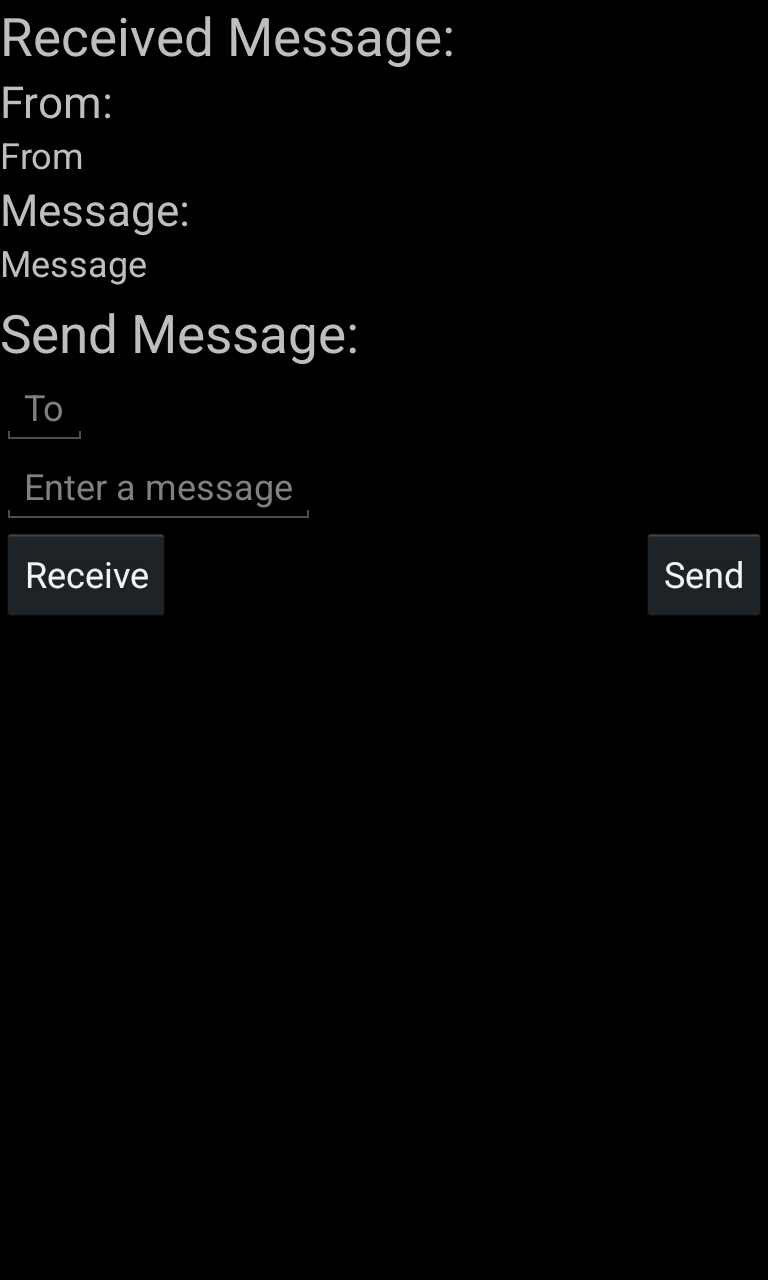
Repository: tomcynicholls/ThirdYearProject
Layout: JavaCode/App/res/layout/main.xml
These files come from the project's save history. The layout is drawn as it stood at one moment and after the next save; the edit follows.
It is drawn on a 768 x 1280 px phone screen (xhdpi) without system bars, with theme android:Theme.Holo; the app's code is not run.

Above is the layout before, as saved 2013-04-22 17:41:13.

After the next save:
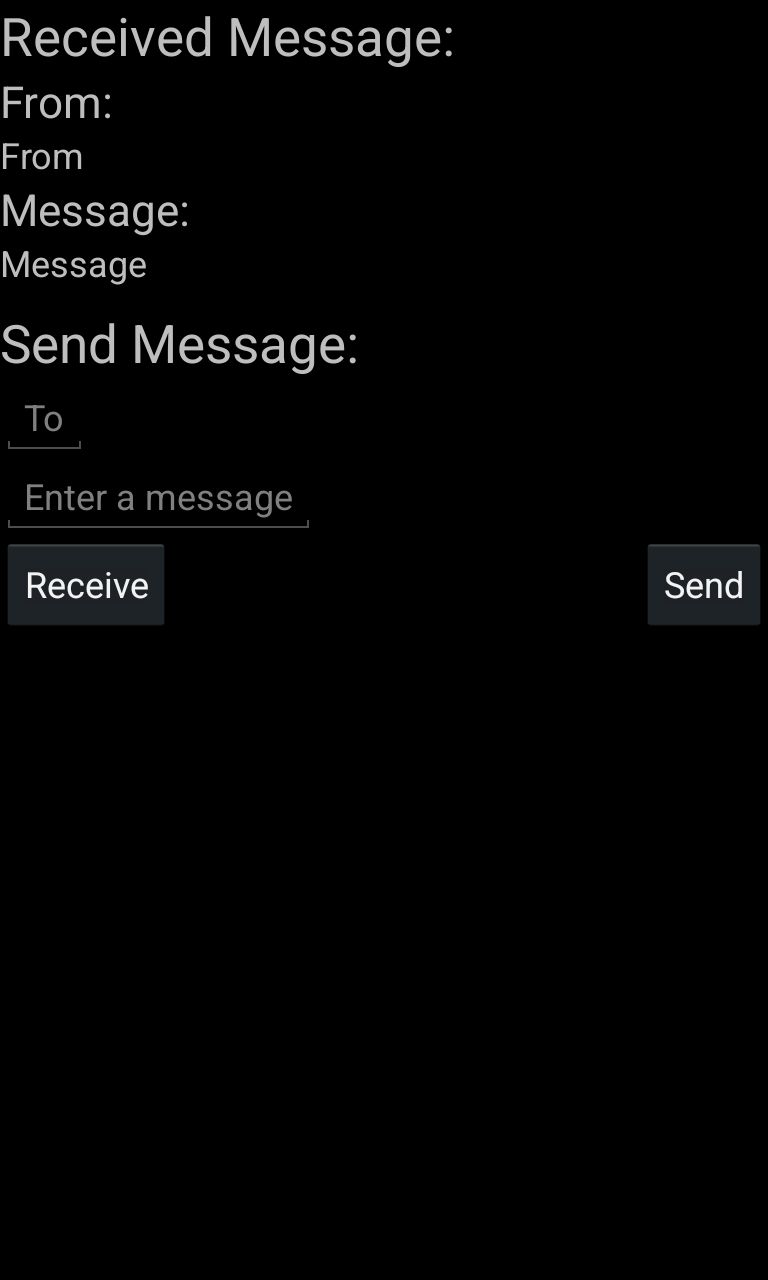
Saved 8 s later.
--- a/JavaCode/App/res/layout/main.xml
+++ b/JavaCode/App/res/layout/main.xml
@@ -48,7 +48,7 @@
         android:layout_height="wrap_content"
         android:textSize="12pt"
         android:text="@string/send_title"
-        android:layout_marginTop="10px" />
+        android:layout_marginTop="10dp" />
 
       <EditText android:id="@+id/edit_receiver"
         android:layout_height="wrap_content"
